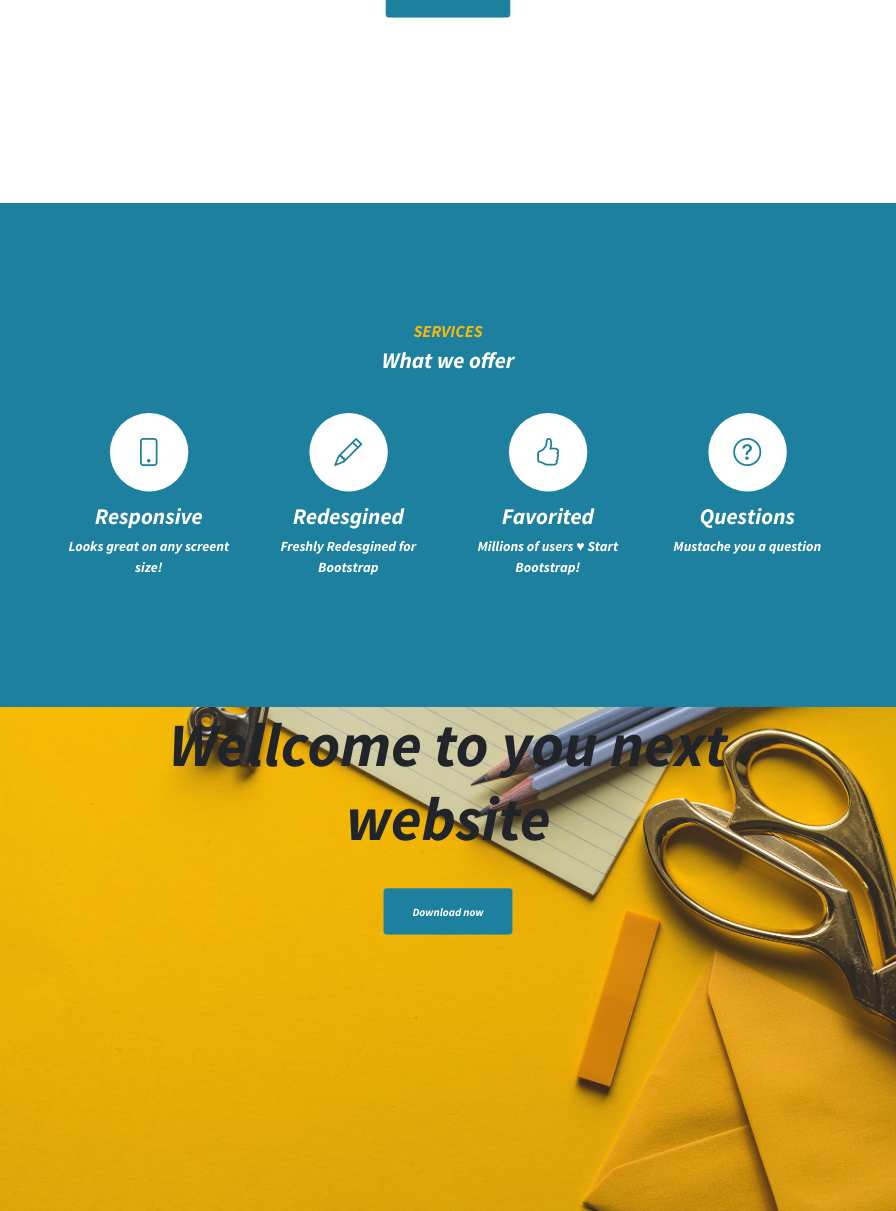
Repository: hoangpino/VE_FE_FrameWork_005
Page: lab06/index.html
These files come from the project's save history. The page is drawn as it stood at one moment and after the next save; the edit follows.
The browser window is 1280 px wide. The pictures show the part of the page from y = 1150 to 3070 px (the page is 2880 px tall before and 3070 px after), at 70% of full size.
Backgrounds fixed to the window are drawn as part of the page.

Above is the page before, as saved 2021-10-05 18:44:26.

### lab06/index.html
<!DOCTYPE html>
<html lang="en">

<head>
    <meta charset="UTF-8">
    <meta http-equiv="X-UA-Compatible" content="IE=edge">
    <meta name="viewport" content="width=device-width, initial-scale=1.0">
    <title>Portfolio</title>
    <link rel="stylesheet" href="./css/style.css" type="text/css" />
    <link rel="icon" href="./img/schools.png" />
    <link href="https://cdn.jsdelivr.net/npm/bootstrap@5.1.1/dist/css/bootstrap.min.css"
        rel="stylesheet"
        integrity="sha384-F3w7mX95PdgyTmZZMECAngseQB83DfGTowi0iMjiWaeVhAn4FJkqJByhZMI3AhiU"
        crossorigin="anonymous" />
    <link rel="stylesheet"
        href="https://cdnjs.cloudflare.com/ajax/libs/font-awesome/6.0.0-beta2/css/all.min.css" />
    <link rel="preconnect" href="https://fonts.googleapis.com">
    <link rel="preconnect" href="https://fonts.gstatic.com" crossorigin>
    <link
        href="https://fonts.googleapis.com/css2?family=Source+Sans+Pro:ital,wght@1,700&display=swap"
        rel="stylesheet" />
    <link rel="stylesheet"
        href="https://cdn.jsdelivr.net/npm/bootstrap-icons@1.5.0/font/bootstrap-icons.css">
</head>

<body>
    <a href="" class="menu-toggle rounded" hef="#" data-bs-toggle="offcanvas"
        data-bs-target="#offcanvas-right" aria-controls="offcanvas-right">
        <i class="fas fa-bars"></i>
    </a>
    <div class="offcanvas offcanvas-end" tabindex="-1" aria-labelledby="offcanvas-right-lable"
        id="offcanvas-right">
        <div class="offcanvas-header">
            <h5 id="offcanvas-right-label">Start Bootstrap</h5>
            <button type="button" class="btn-close btn-close-white text-reset"
                data-bs-dismiss="offcanvas" aria-label="Close"></button>
        </div>
        <div class="offcanvas-body">
            <ul class="sidebar-nav">
                <li class="sidebar-nav-item"><a href="#home">Home</a></li>
                <li class="sidebar-nav-item"><a href="#about">About</a></li>
                <li class="sidebar-nav-item"><a href="#services">Services</a></li>
                <li class="sidebar-nav-item"><a href="#callout">Callout</a></li>
                <li class="sidebar-nav-item"><a href="#portfolio">Portfolio</a></li>
                <li class="sidebar-nav-item"><a href="#">Contacts</a></li>
            </ul>
        </div>
    </div>

    <!-- Header -->
    <header class="d-flex align-items-center" id="home">
        <div class="container text-center">
            <h1 class="m-1">Stylist Portfolio</h1>
            <h3 class="mb-5">A Free Bootstrap Theme by Start Bootstrap </h3>
            <a href="" class="btn btn-primary btn-xl">Find Out More</a>
        </div>
    </header>

    <!-- About -->
    <section class="d-flex align-items-center" id="about">
        <div class="container text-center">
            <h2 class="m-1">Stylish Portfolio is the perfect theme for your next project!</h2>
            <p class="mb-5">This theme features a flexible, UX friendly sidebar menu and stock
                photos from our friends at Unsplash !</p>
            <a href="" class="btn btn-primary btn-xl">Find Out More</a>
        </div>
    </section>

    <!-- Services -->
    <section class="d-flex align-items-center" id="services">
        <div class="container text-center">
            <div class="section-header">
                <h4>Services</h4>
                <h2>What we offer</h2>
            </div>
            <div class="row">
                <div class="col-lg-3 col-md-6 mt-5">
                    <span class="services-icon mx-auto mb-3"><i class="bi bi-phone"></i></span>
                    <h2>Responsive</h2>
                    <p>Looks great on any screent size!</p>
                </div>
                <div class="col-lg-3 col-md-6 mt-5">
                    <span class="services-icon mx-auto mb-3"><i class="bi bi-pencil"></i></span>
                    <h2>Redesgined</h2>
                    <p>Freshly Redesgined for Bootstrap</p>
                </div>
                <div class="col-lg-3 col-md-6 mt-5">
                    <span class="services-icon mx-auto mb-3"><i
                            class="bi bi-hand-thumbs-up"></i></span>
                    <h2>Favorited</h2>
                    <p>Millions of users &hearts; Start Bootstrap!</p>
                </div>
                <div class="col-lg-3 col-md-6 mt-5">
                    <span class="services-icon mx-auto mb-3"><i
                            class="bi bi-question-circle"></i></span>
                    <h2>Questions</h2>
                    <p>Mustache you a question</p>
                </div>
            </div>
        </div>
    </section>

    <!-- Callout -->
    <section class="d-flex aglin-items-center" id="callout">
        <div class="container px-4 px-lg-5 text-center">
            <h1 class="mb-5">Wellcome to <em>you</em> next website</h1>
            <a href="#" class="btn btn-primary btn-xl">Download now</a>
        </div>
    </section>

    <!-- Porfolior -->
    <section class="d-flex aglin-items-center" id="portfolio">
        <div class="container text-center">

        </div>
    </section>

    <script src="https://cdn.jsdelivr.net/npm/bootstrap@5.1.1/dist/js/bootstrap.bundle.min.js"
        integrity="sha384-/bQdsTh/da6pkI1MST/rWKFNjaCP5gBSY4sEBT38Q/9RBh9AH40zEOg7Hlq2THRZ"
        crossorigin="anonymous"></script>
</body>

</html>

### lab06/css/style.css
:root {
    --color-green: #1d809f;
    --color-green-dark:rgb(15, 64, 78);
    --color-dark:#343a40;
    --color-yellow: #f2b912;
}

body {
    font-family: 'Source Sans Pro', sans-serif !important;
}

* {
    margin: 0;
    padding: 0;
}
.menu-toggle {
    position: fixed;
    width: 50px;
    height: 50px;
    color: #fff;
    background-color: rgba(52,58,64,0.5);
    text-align: center;
    line-height: 50px;
    right: 15px;
    top: 15px;
}

.menu-toggle:hover {
    background-color: var(--color-dark);
    color: #fff;
}

.offcanvas {
    background-color: var(--color-green) !important;
    color: #fff;
    width: 250px;

}

.offcanvas ul {
    list-style: none;
    margin : 0;
    padding: 0;
}

.offcanvas a {
    color: #fff;
    display: block;
    padding: 15px;
    text-decoration: none;

}

.offcanvas a:hover {
    background-color: rgba(52, 58, 64, 0.2);
    color: #fff;
}

.offcanvas-body {
    padding: 0 !important;
    margin: 0;

}

.offcanvas-header {
    background-color: rgba(52, 58, 64, 0.1);
}

header {
    background: url(../img/bg-masthead.jpg);
    background-repeat: none;
    background-position: center center;
    background-size: cover;
    min-height: 100vh;
}

h1 {
    font-weight: 700 !important;
    font-size: 5.5rem !important;
}

h2 {
    font-weight: 700 !important;
    font-style: 2.0rem !important;
}

h3 {
    font-weight: 700 !important;
    font-style: 1.75rem !important;
    font-style: italic;
}

h4 {
    font-weight: 700;
    font-size: 1.0rem;
    text-transform: uppercase;
    color: var(--color-yellow);
}

p {
    font-weight: 300 !important;
    font-size: 1.25em;
}

.btn-primary {
    background-color: var(--color-green) !important;
    border-color: var(--color-green) !important;
}

.btn-primary:active, .btn-primary:hover {
    background-color: var(--color-green-dark) !important;
    border-color: var(--color-green-dark) !important;
}

.btn-xl {
    padding: 1.25em 2.5em !important;
}

#about {
    min-height: 100vh;
}

#services {
    min-height: 100vh;
    background-color: var(--color-green);
    color: #fff;
}

.services-icon {
    background-color:#fff !important;
    color: var(--color-green);
    height:7rem;
    width: 7rem;
    display: block;
    line-height: 7rem;
    text-align: center;
    font-size: 2.5em;
    border-radius: 50%;
}

#callout {
    min-height: 100vh;
    background: url(../img/bg-callout.jpg);
    background-repeat: none;
    background-position: top center;
    background-size: cover;
    background-attachment: fixed;
}

After the next save:
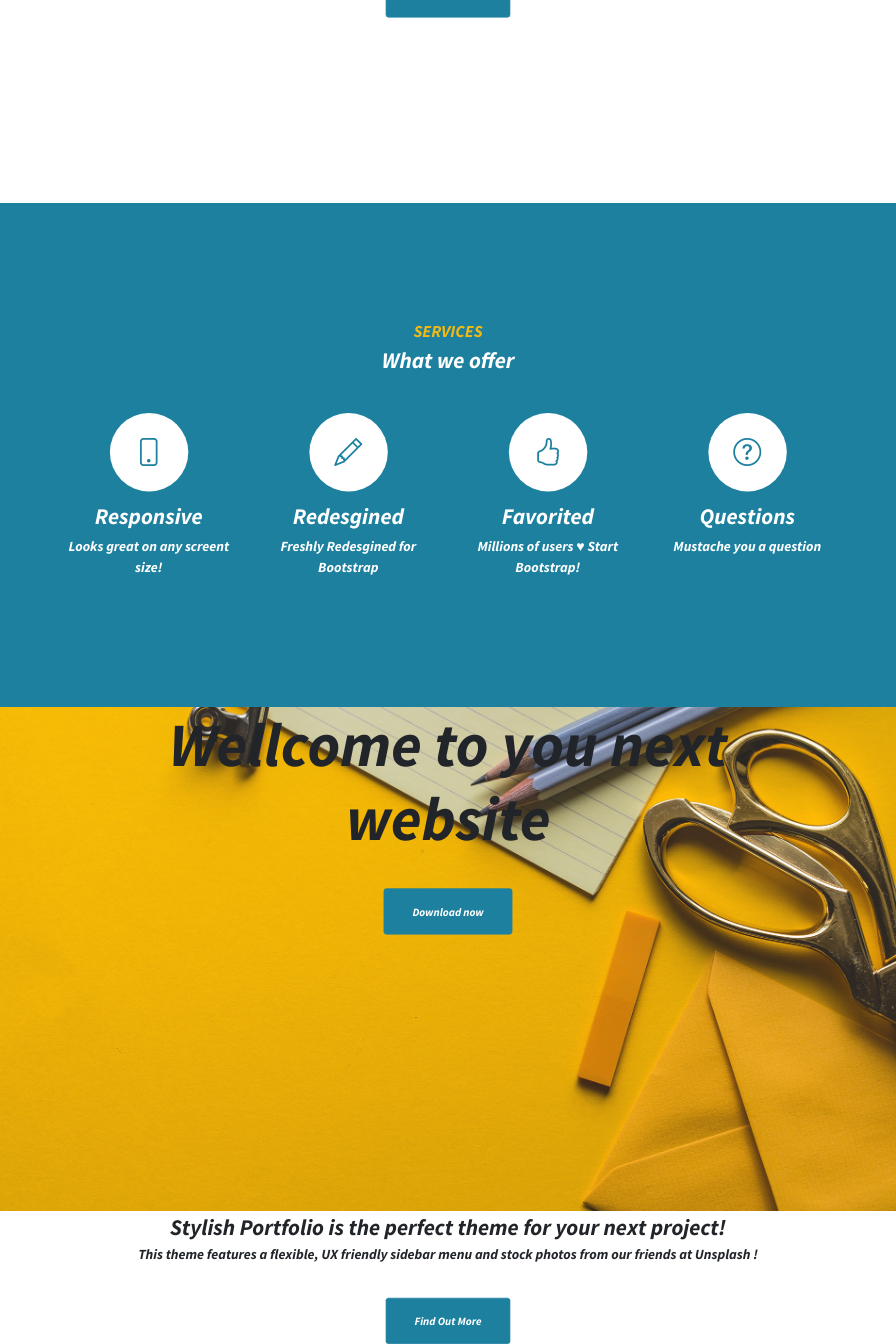
Saved 71 s later.
--- a/lab06/index.html
+++ b/lab06/index.html
@@ -109,9 +109,12 @@
     </section>
 
     <!-- Porfolior -->
-    <section class="d-flex aglin-items-center" id="portfolio">
+    <section class="d-flex align-items-center" id="portfolio">
         <div class="container text-center">
-
+            <h2 class="m-1">Stylish Portfolio is the perfect theme for your next project!</h2>
+            <p class="mb-5">This theme features a flexible, UX friendly sidebar menu and stock
+                photos from our friends at Unsplash !</p>
+            <a href="" class="btn btn-primary btn-xl">Find Out More</a>
         </div>
     </section>
 
